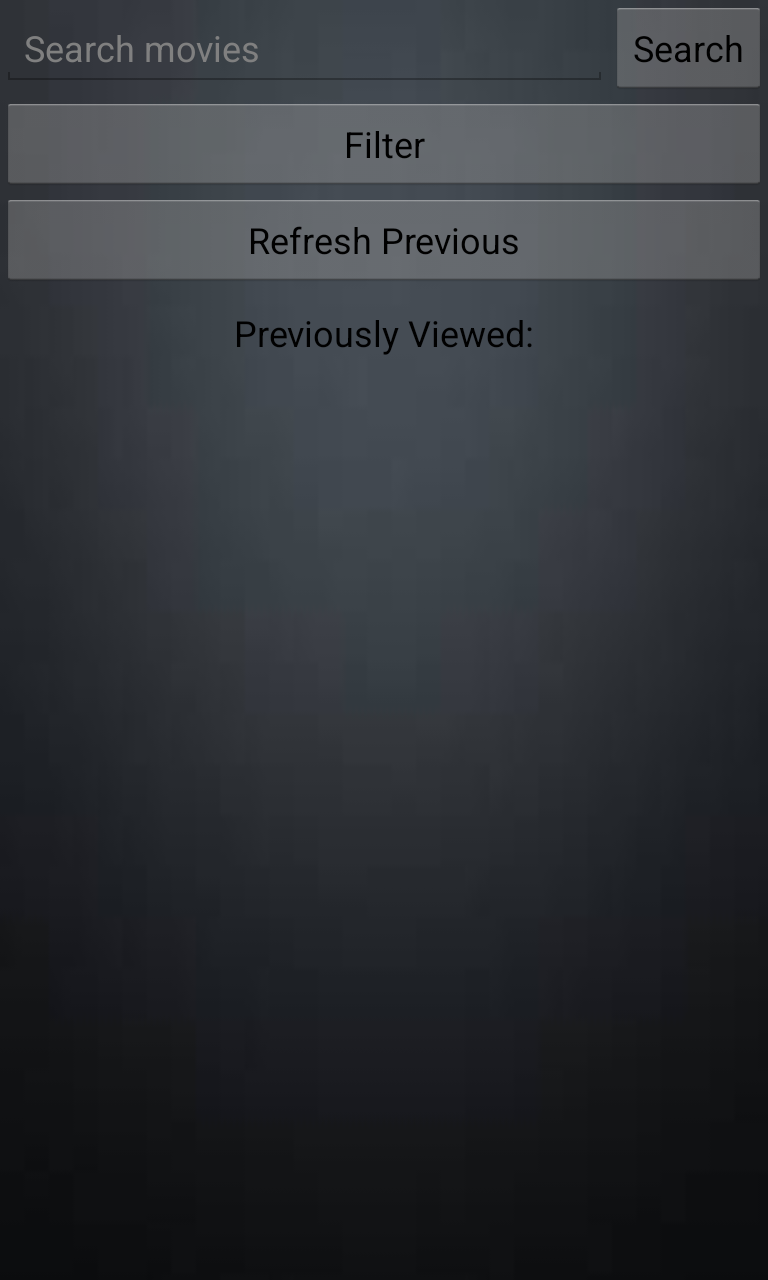
Repository: Tupling/Android-MovieDB
Layout: Java2_Android_App/MovieDB/res/layout/linear_layout.xml
The author's editor kept a copy of each file at every save. The layout is drawn from the files as they stood at one save, then again after the next save.
It is drawn on a 768 x 1280 px phone screen (xhdpi) without system bars, with theme AppTheme; the app's code is not run. Lists and similar views that code fills are empty.

Above is the layout before, as saved 2013-12-13 16:36:09.

After the next save:
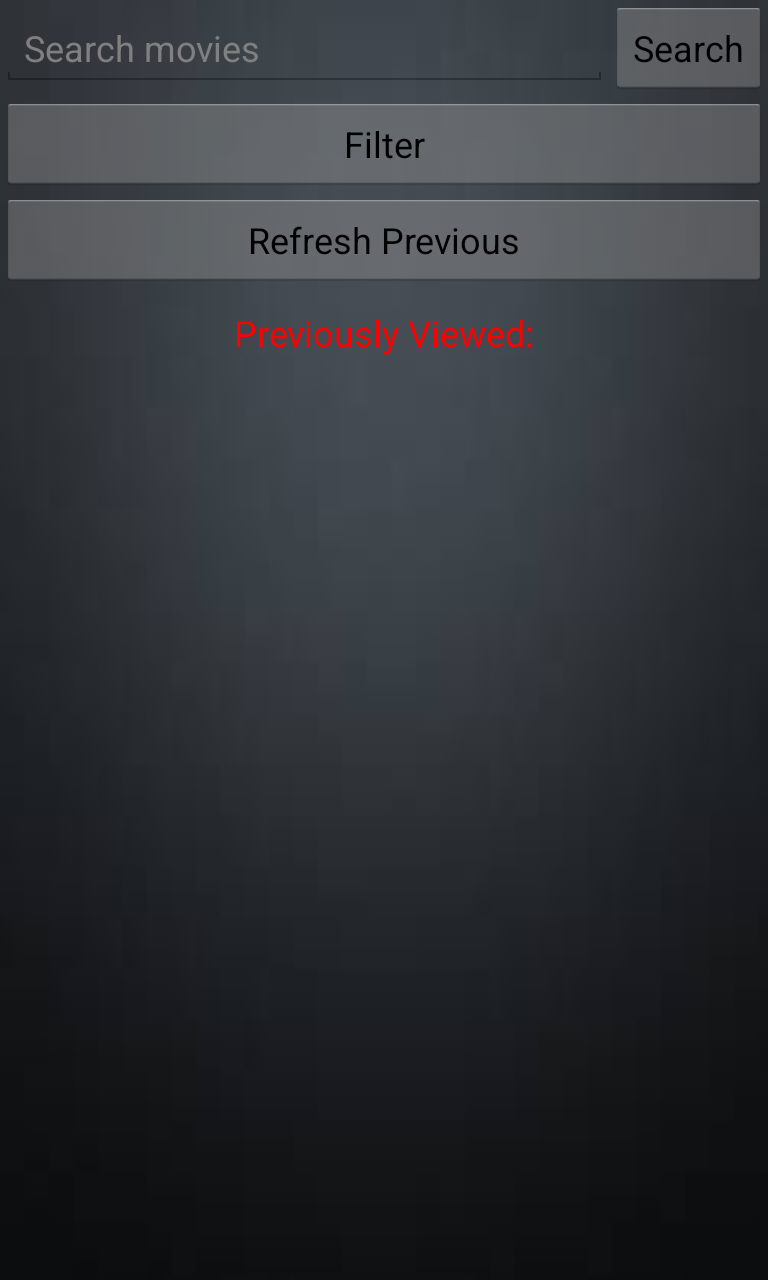
Saved 18 s later.
--- a/Java2_Android_App/MovieDB/res/layout/linear_layout.xml
+++ b/Java2_Android_App/MovieDB/res/layout/linear_layout.xml
@@ -46,7 +46,7 @@
             android:layout_height="wrap_content"
             android:layout_marginTop="10dip"
             android:gravity="center"
-            android:textColor="#000"
+            android:textColor="#FF0000"
             android:textSize="18sp"
             android:text="@string/previous"/>
 
